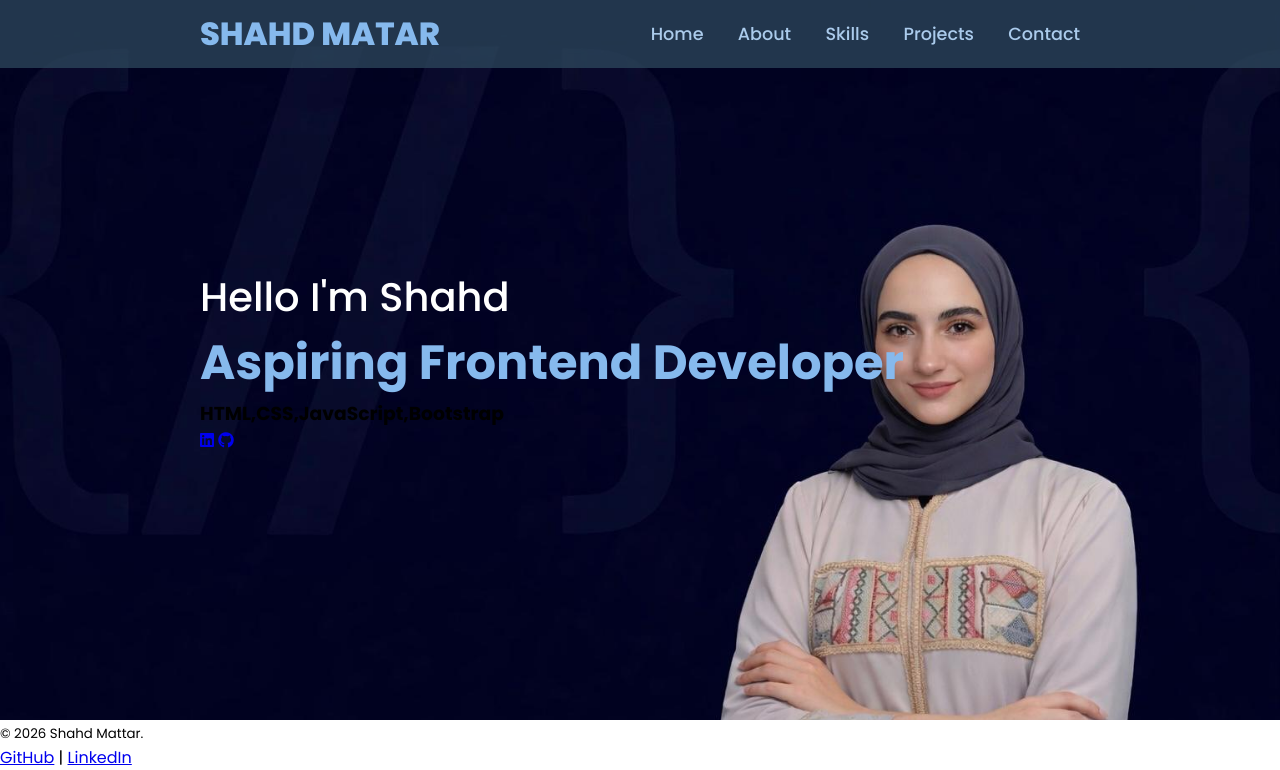
Repository: shahdmattar/personal-landing-page
Page: index.html
An editor plug-in stored every save of this project. The page is shown before and after a run of saves, followed by the edit.
The browser window is 1280 px wide. The pictures show the whole page.
Backgrounds fixed to the window are drawn as part of the page.

Above is the page before, as saved 2026-04-15 10:56:48.

After the next 2 saves:
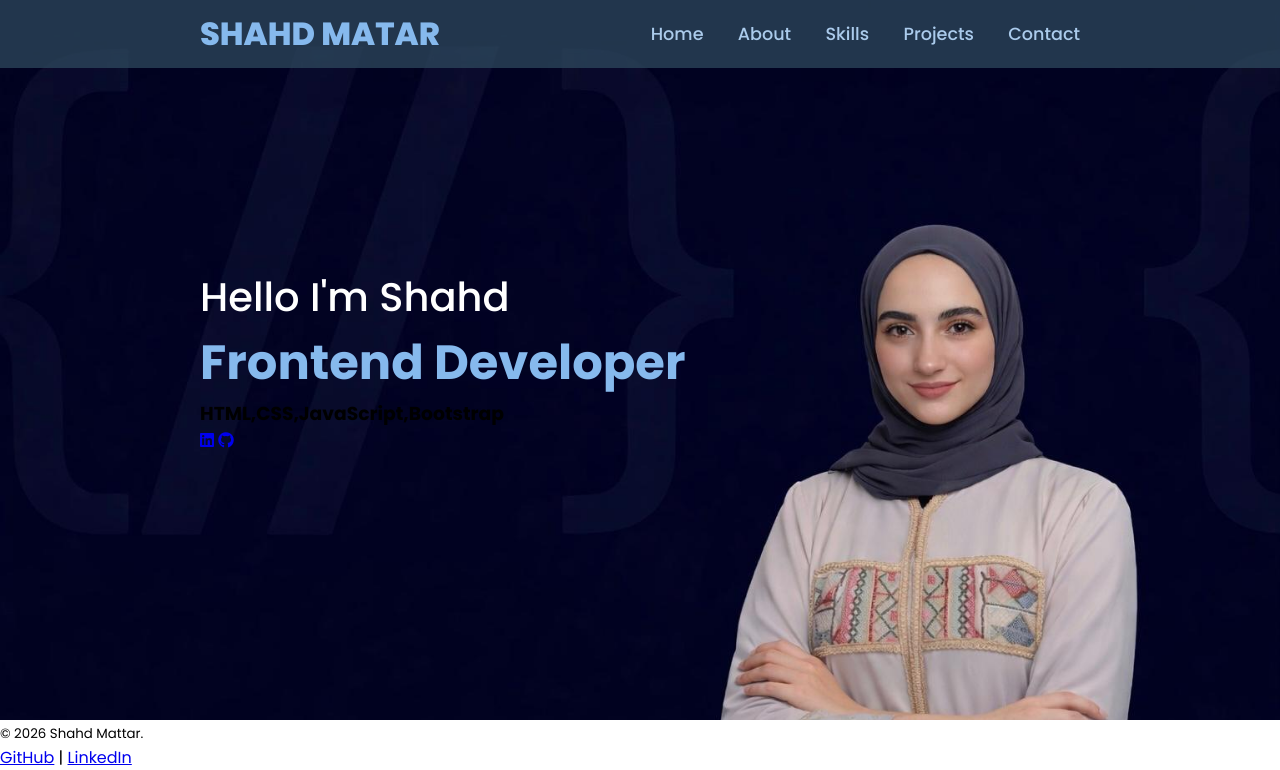
The 2 saves are shown as one change because they came seconds apart.
The last was saved 89 s later.
--- a/index.html
+++ b/index.html
@@ -31,7 +31,7 @@
 
       <section class="main">
         <div>
-          <h2>Hello I'm Shahd<br> <span>Aspiring Frontend Developer</span></h2>
+          <h2>Hello I'm Shahd<br> <span>Frontend Developer</span></h2>
           <h3>HTML,CSS,JavaScript,Bootstrap</h3>
           <div class="social-icons">
             <a href="https://www.linkedin.com/in/shahd-matar-957608368"><i class="fab fa-linkedin"></i></a>
